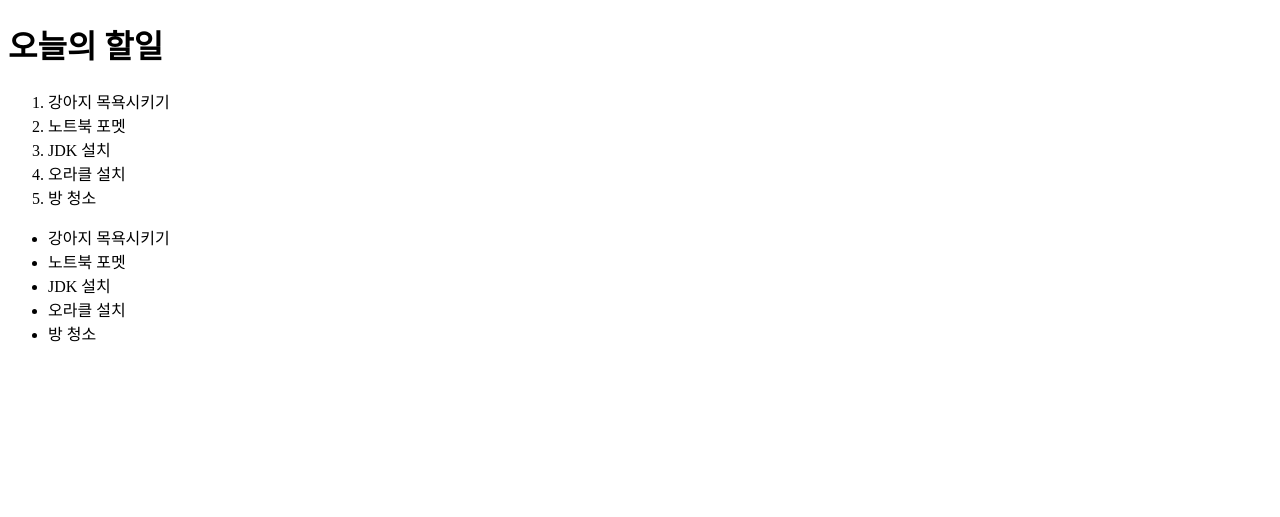
Repository: sungken/htmlProject
Page: ClientTest/src/main/webapp/html/ex11_list.html
The author's editor kept a copy of each file at every save. The page is drawn from the files as they stood at one save, then again after the next save.
The browser window is 1280 px wide. The pictures show the whole page.

Above is the page before, as saved 2024-03-13 01:31:46.

### ClientTest/src/main/webapp/html/ex11_list.html
<!DOCTYPE html>
<html>
<head>
<meta charset="UTF-8">
<title>Insert title here</title>
</head>
<body>
<!-- ex11_list.html -->
<!--

	List, 목록
	1. <ol> + <li>
		- <ol>: Ordered List, 순서가 있는 목록
		- <li>: List Item, 항목

	2. <ul> + <li>
		- <ul>: Unodered list: 순서가 없는 목록

	3. <dl> + <dt> + <dd>

 -->
<h1>오늘의 할일</h1>

<ol>
	<li>강아지 목욕시키기</li>
	<li>노트북 포멧</li>
	<li>JDK 설치</li>
	<li>오라클 설치</li>
	<li>방 청소</li>
</ol>

<ul>
	<li>강아지 목욕시키기</li>
	<li>노트북 포멧</li>
	<li>JDK 설치</li>
	<li>오라클 설치</li>
	<li>방 청소</li>
</ul>





</body>
</html>

After the next save:
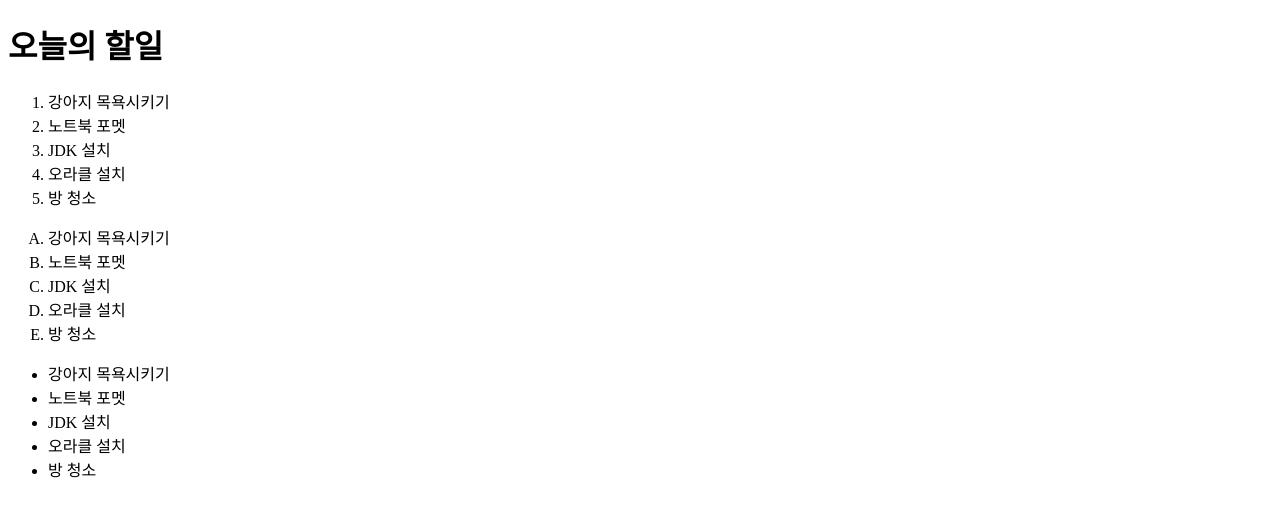
Saved 44 s later.
--- a/ClientTest/src/main/webapp/html/ex11_list.html
+++ b/ClientTest/src/main/webapp/html/ex11_list.html
@@ -29,6 +29,14 @@
 	<li>방 청소</li>
 </ol>
 
+<ol type="A">
+	<li>강아지 목욕시키기</li>
+	<li>노트북 포멧</li>
+	<li>JDK 설치</li>
+	<li>오라클 설치</li>
+	<li>방 청소</li>
+</ol>
+
 <ul>
 	<li>강아지 목욕시키기</li>
 	<li>노트북 포멧</li>
